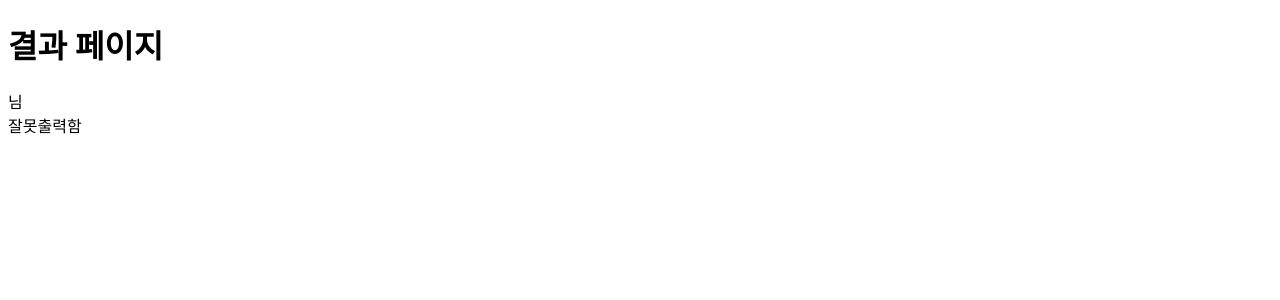
Repository: pvntlc/D-IT-Tech-Internship
Page: http://localhost/Day3_CMS/result.jsp
These files come from the project's save history. The page is drawn as it stood at one moment and after the next save; the edit follows.
The browser window is 1280 px wide. The pictures show the whole page.
The page is served by Tomcat 9. Other server files are loaded and not shown.

Above is the page before, as saved 2023-09-11 03:22:49.

### work_web/Day3_CMS/src/main/webapp/result.jsp
<%@ page language="java" contentType="text/html; charset=UTF-8"
    pageEncoding="UTF-8"%>
<!DOCTYPE html>
<html>
<head>
<meta charset="UTF-8">
<title>Insert title here</title>
</head>
<body>
<h1>결과 페이지</h1>
${userid}님 ${msg}<br/>
잘못출력함${msg2}
</body>
</html>

After the next save:
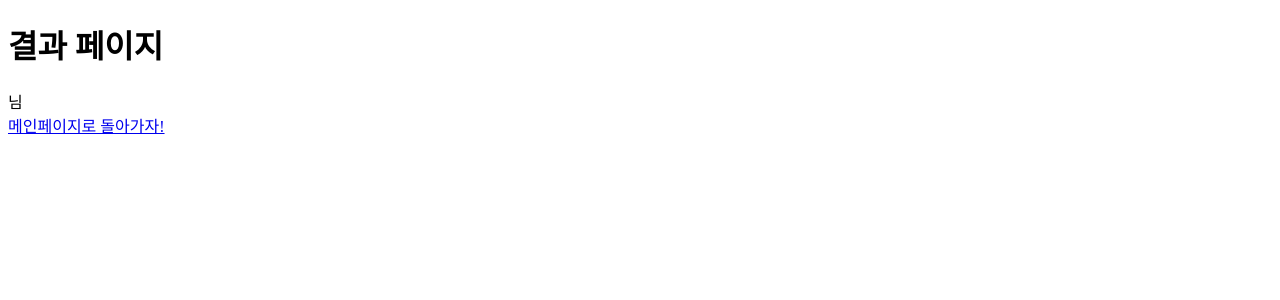
Saved 17 min 16 s later.
--- a/work_web/Day3_CMS/src/main/webapp/result.jsp
+++ b/work_web/Day3_CMS/src/main/webapp/result.jsp
@@ -9,6 +9,6 @@
 <body>
 <h1>결과 페이지</h1>
 ${userid}님 ${msg}<br/>
-잘못출력함${msg2}
+<a href="index.html">메인페이지로 돌아가자!</a>
 </body>
 </html>
